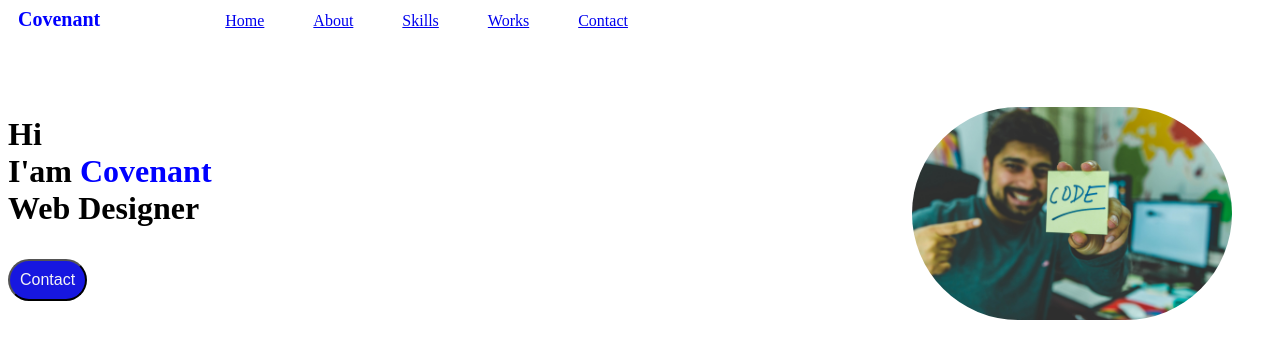
Repository: Tobby004/bdc-assignment-1
Page: index.html
These files come from the project's save history. The page is drawn as it stood at one moment and after the next save; the edit follows.
The browser window is 1280 px wide. The pictures show the whole page.

Above is the page before, as saved 2023-02-09 10:53:07.

After the next save:
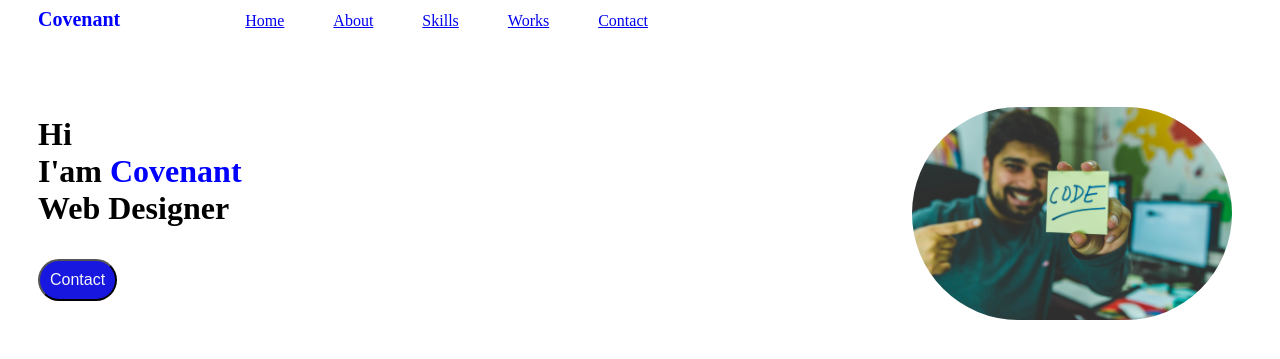
Saved 4 min 36 s later.
--- a/task.css
+++ b/task.css
@@ -5,6 +5,7 @@ header{
     max-width: 500%;
     display: flexbox;
     color: blue;
+    margin-left: 20px;
 }
 header b {
 font-size: 20px;
@@ -14,7 +15,6 @@ width: 100%;
 justify-content: space-between;
 }
 header a {
-    margin-inline-end: 100px;
     max-width: 500%;
     margin-inline-end: 50px;
     padding: 10px;
@@ -27,7 +27,6 @@ img{
     float: right;
     border-radius: 500px;
 
-
 }
 h1 b {
     color: blue;
@@ -39,9 +38,11 @@ button {
     color: whitesmoke;
     padding: 10px;
     border-radius: 35px;
+    margin-left: 30px;
 }
 h1 {
     padding-block-end: 10px;
     padding-block: 10px;
     stroke-width: 10px;
+    margin-left: 30px;
 }
